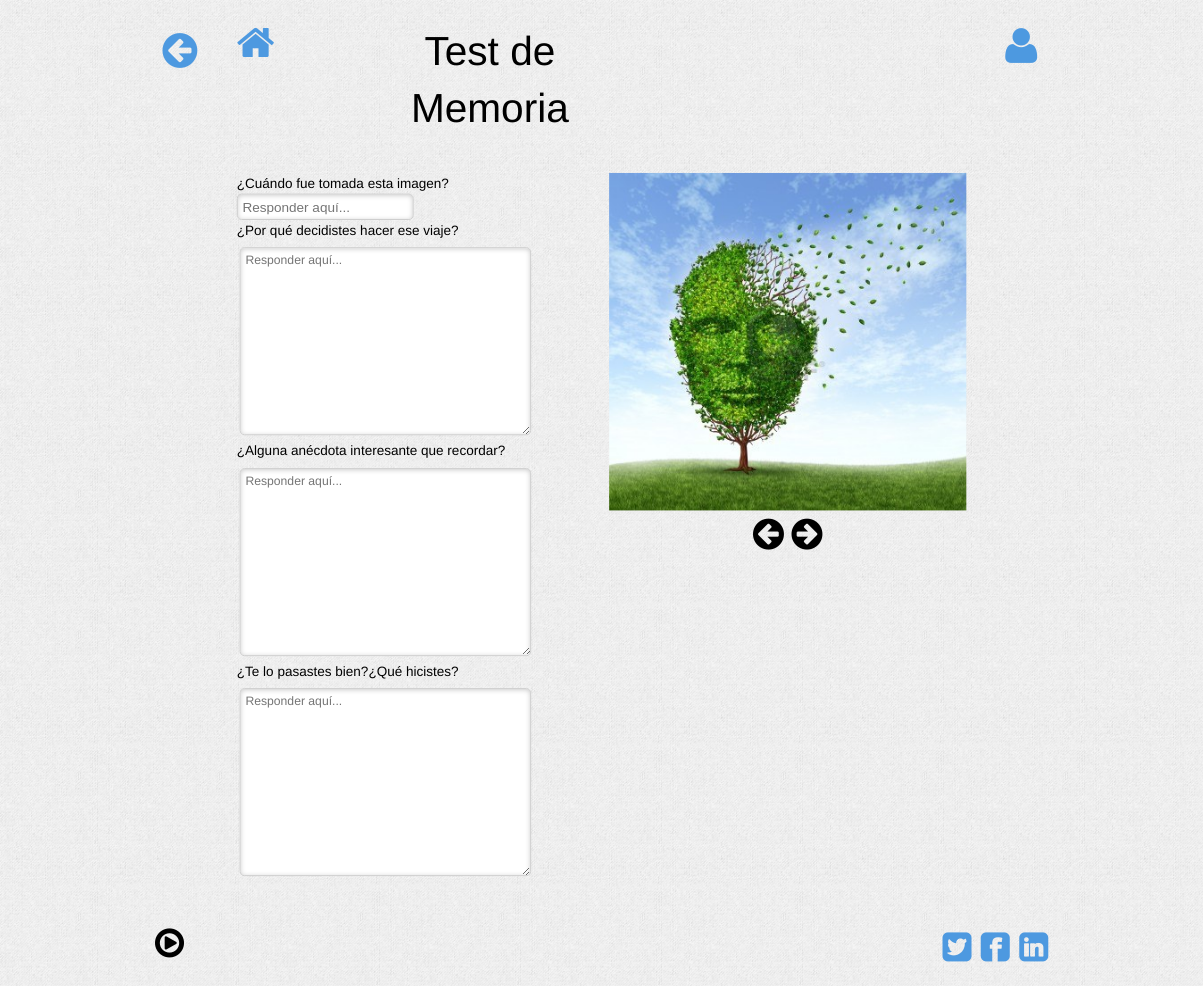
Repository: SCeruso/RememberMe
Page: testmemoria.html
The author's editor kept a record of every edit. The page is drawn from the files as they stood at one moment, then again after the next edit.
The browser window is 1280 px wide. The pictures show the whole page, at 94% of full size.
Some web libraries are served in a nearby version.

Above is the page before.

### testmemoria.html
<!DOCTYPE html>
<html>
<head>
	<!-- META -->
	<title>HTML KickStart Elements</title>
	<meta charset="UTF-8">
	<meta name="viewport" content="width=device-width, initial-scale=1.0"/>
	<meta name="description" content="" />

	<!-- CSS -->
	<link rel="stylesheet" type="text/css" href="css/kickstart.css" media="all" />
	<link rel="stylesheet" type="text/css" href="style.css" media="all" />

	<!-- Javascript -->
	<script type="text/javascript" src="https://ajax.googleapis.com/ajax/libs/jquery/1.9.1/jquery.min.js"></script>
	<script type="text/javascript" src="js/kickstart.js"></script>

</head>
<body>
<div class="grid">
	<div class="col_12">
		<div class="col_1">
        <h2 class="left">
               <a href="tusimagenes.html">
                  <i class="icon-circle-arrow-left"></i>
                </a>
        </h2>
        </div>
        <div class="col_2">
        <h2 class="left">
                <a href="juegosde.html">
                    <i class="icon-home pull-left"></i>
                </a>
        </div>
        </h2>
        <div class="col_3">
        <h2 class="center">
               <p>Test de Memoria</p>
        </h2></div>
        <h2>
        		<a href = "perfil.html">
               <i class="icon-user icon-border pull-right" title="Mi perfil"></i>
		</a>
		</h2>
		<br>
    </div>

	<div class="col_12">
		<div class="col_1"></div>
		<div class="col_5">
		<!-- Placeholder Text -->
		<label for="text2">¿Cuándo fue tomada esta imagen?</label><br>
		<input id="text2" type="text" placeholder="Responder aquí..." />
		<br>
		<!-- Placeholder Text -->
		<label for="text2">¿Por qué decidistes hacer ese viaje?</label><br>
		<textarea id="area" class="col_10" placeholder="Responder aquí..."></textarea>
		<br>
		<!-- Placeholder Text -->
		<label for="text2">¿Alguna an&eacute;cdota interesante que recordar?</label><br>
		<textarea id="textarea1" class="col_10" placeholder="Responder aquí..."></textarea>
		<br>
		<!-- Placeholder Text -->
		<label for="text2">¿Te lo pasastes bien?¿Qu&eacute; hicistes?</label><br>
		<textarea id="textarea1" class="col_10" placeholder="Responder aquí..."></textarea>
		</div>
		<div class="col_5">
		<img class="align-right" src="imagenes/jaja.jpg" title="RememberMe.jpg" alt="No se encuentra la imagen" heigth="850" width="550">

		<h4 class="center">
			<i class="icon-circle-arrow-left icon-large"></i>
			<i class="icon-circle-arrow-right icon-large"></i>
		</h4>
		</div>
	</div>

    <div class="col_12">
    </div>
    <div class="col_12">
        <h3 class="right">
            <a href="http://www.twitter.com" target="blank"><i class="icon-twitter-sign"></i></a>
            <a href="http://www.facebook.com" target="blank"><i class="icon-facebook-sign"></i></a>
            <a href="http://www.linkdin.com" target="blank"><i class="icon-linkedin-sign"></i></a>
	    <i class=" icon-play-circle pull-left"></i>
        </h3>
    </div>
</div> <!-- End Grid -->
</body>
</html>

### style.css
/*
	99Lime.com HTML KickStart by Joshua Gatcke
	style.css

*/

/*---------------------------------
	IMPORTS
-----------------------------------*/
@import url(http://fonts.googleapis.com/css?family=Arimo:400,700);

/*---------------------------------
	OVERRIDES
-----------------------------------*/
h1,h2,h3,h4,h5,h6{
font-family: "Arimo", arial, verdana, sans-serif;
font-weight:normal;
}

thead th,
tbody th{
font-family: "Arimo", arial, verdana, sans-serif;
}

button,
a.btn,
input[type="submit"],
input[type="reset"],
input[type="button"]{
font-family: "Arimo", arial, verdana, sans-serif;
}

.menu{
font-family: "Arimo", arial, verdana, sans-serif;
}

blockquote{
font-family: "Arimo", arial, verdana, sans-serif;
}

/*---------------------------------
	LAYOUT
-----------------------------------*/
body{
margin:0;
padding:0 0 0 0;
color:#000;
/*background-repeat:repeat;*/
background:#efefef url(css/img/gray_jean.png);
/*background-size:cover;*/
/*background-image:url(css/img/gray_jean.png);*/
font:normal 0.9em/150% 'Arimo', arial, verdana, sans-serif;
text-shadow: 0 0 1px transparent; /* google font pixelation fix */
}

#wrap{
width:100%;
background:#fff;
margin:30px auto 30px auto;
padding:0 2%;
border:1px solid #ccc;
}


#footer{
text-align:center;
padding:20px;
margin:0;
border-top:1px solid #ddd;
color:#999;
font-size:0.8em;
text-shadow:0px 1px 1px #fff;
position: relative;
top:0;
left:0;
background:#fff;
}

	#link-top{
	display:none;
	}

/* NAV BAR*/
.navbar{
position:fixed;
top:0;
left:0;
width: 100%;
background:#000;
color:#fff;
z-index:1000;
}

	.navbar #logo{
	position:absolute;
	top:0;
	right:0;
	padding:0.5em 1em;
	font-size: 1.7em;
	color:#efefef;
	text-decoration:none;
	}

	.navbar span{
	color:#86dc00;
	}


	.navbar ul{
	display:inline-block;
	margin:0;
	padding:0;
	}

		.navbar li{
		margin:0;
		padding:0;
		list-style-type:0;
		display:inline-block;
		}

		.navbar li a{
		display:inline-block;
		color:#efefef;
		padding:1em 1.3em;
		text-decoration:none;
		text-transform: uppercase;
		line-height:100%;
		font-size: 1.2em;
		}

.callout{
background:#4598ef;/*#86dc00;*/
padding:3em 0;
color:#fff;
box-shadow:inset 0 0 10px rgba(0,0,0,0.2);
text-align: center;
text-shadow:0px 1px 3px rgba(0,0,0,0.2);
display:block;
}
	.callout + div.grid{margin-top:50px;}
	 a.callout{cursor:pointer;}
	 .callout i.icon-4x{font-size:6em;}
	 .callout h4{margin-bottom:30px;}
	 .callout-top{margin:50px 0 0 0;}
	 .callout p{margin-bottom:0;}
	 .callout .button{margin-top:10px;}
	 .callout.green{background:#19ad0b;/*#86dc00;*/}

#mc_embed_signup{
padding:30px 0;
}

#ui-preview{
border:5px solid #ddd;
margin:30px 0;
display:block;
}

### css/kickstart-forms.css
/*---------------------------------
	FORMS
-----------------------------------*/
form{
padding:0;
margin:0;
}

fieldset{
margin:30px 0 20px 0;
padding:5px 15px 15px 15px;
border:1px solid #ccc;
background:#f5f5f5;
-moz-border-radius:5px;
-webkit-border-radius:5px;
border-radius:5px;
position: relative;
top:0;
left:0;
}

	legend{
	-moz-border-radius:5px;
	-webkit-border-radius:5px;
	border-radius:5px;
	border:1px solid #ccc;
	background:#f5f5f5;
	padding:2px 10px;
	margin:0 0 0 0;
	display:block;
	position: relative;
	top:0;
	left:0;
	}

	/*IE ONLY - I know, this is a stop gap*/
	.msie fieldset{padding-top:25px;}
	.msie legend{position:absolute;top:-0.7em;left:10px;}

label{
display:inline-block;
*display:inline;
vertical-align: middle;
margin:0;
padding:0;
position:relative;
top:0;
left:0;
zoom:1;
-moz-box-sizing: border-box;
-webkit-box-sizing: border-box;
box-sizing: border-box;
}

	label.inline{
	display:inline;
	margin:0;
	}

	label span{
	color:#999;
	font-size:0.9em;
	}

	label span.right{
	position:absolute;
	bottom:0;
	right:0;
	text-align:right;
	display:inline-block;
	*display:inline;
	}

	label.disabled{
	color:#ccc;
	}

input{
display:inline-block;
*display:inline;
vertical-align: middle;
width:auto;
zoom:1;
margin:0;
border:1px solid #ccc;
font-size:1em;
padding:5px 0;
text-indent: 5px;
-moz-border-radius:5px;
-webkit-border-radius:5px;
border-radius:5px;
background:#fff;
-moz-box-shadow:inset 0 0 6px #ccc;
-webkit-box-shadow:inset 0 1px 6px #ccc;
box-shadow:inset 0 1px 6px #ccc;
-moz-box-sizing: border-box;
-webkit-box-sizing: border-box;
box-sizing: border-box;
}

	input::-webkit-input-placeholder,
	input:-moz-placeholder,
	.placeholder{
	color:#bbb;
	}

	input::-moz-focus-inner {border:0;}

	input[disabled="disabled"], input.disabled{
	color:#999;
	background:#f5f5f5;
	-moz-box-shadow:inset 0 0 2px #ddd;
	-webkit-box-shadow:inset 0 1px 2px #ddd;
	box-shadow:inset 0 1px 2px #ddd;
	}

	/* FOCUS STATES */
	input[type="text"]:focus,
	textarea:focus,
	button:focus,
	a.button:focus,
	select:focus,
	input[type="file"]:focus,
	input[type="password"]:focus{
	-webkit-box-shadow: 0 0 7px #6DB9FF;
	-moz-box-shadow   : 0 0 7px #6DB9FF;
	box-shadow        : 0 0 7px #6DB9FF;
	border: 1px solid #50B1FE;
	outline: none;
	}

	/* TRANSITION */
	input[type="text"],
	textarea,
	button,
	a.button,
	a,
	input[type="file"]{
	-moz-transition: -moz-box-shadow 0.5s, border 0.5s, background 0.5s;
	-webkit-transition: -webkit-box-shadow 0.5s, border 0.5s, background 0.5s;
	-o-transition:  box-shadow 0.5s, border 0.5s, background 0.5s;
	transition: box-shadow 0.5s, border 0.5s, background 0.5s;
	}

input.checkbox,
input[type="checkbox"]{
display:inline;
width:auto;
margin:0;
padding:0;
border:0;
background:none;
vertical-align:center;
*vertical-align: top;
}

input.radio,
input[type="radio"]{
display:inline;
width:auto;
margin:0;
padding:0;
border:0;
background:none;
vertical-align:center;
*vertical-align: top;
}

	input[type="radio"]:focus,
	input[ type="checkbox"]:focus{
	-webkit-box-shadow: 0 0 5px #6DB9FF;
	-moz-box-shadow   : 0 0 5px #6DB9FF;
	box-shadow        : 0 0 5px #6DB9FF;
	outline-color: #6DB9FF;
	}

input.file,
input[type="file"]{
/*font-size:0.8em;*/
-moz-box-shadow:none;
-webkit-box-shadow:none;
box-shadow:none;
border:none;
}

select{
display:inline;
width:auto;
margin:0;
border:1px solid #ccc;
line-height:100%;
padding:3px;
vertical-align: middle;
}

        select[disabled="disabled"], select.disabled{
        color:#999;
        background:#f5f5f5;
        -moz-box-shadow:inset 0 0 2px #ddd;
        -webkit-box-shadow:inset 0 1px 2px #ddd;
        box-shadow:inset 0 1px 2px #ddd;
        }

textarea{
width:auto;
height:200px;
margin:0;
border:1px solid #ccc;
padding:5px;
vertical-align: middle;
font-family:inherit;
font-size:0.9em;
-moz-border-radius:5px;
-webkit-border-radius:5px;
border-radius:5px;
-moz-box-shadow:inset 0 0 6px #ccc;
-webkit-box-shadow:inset 0 1px 6px #ccc;
box-shadow:inset 0 1px 6px #ccc;
-moz-box-sizing: border-box;
-webkit-box-sizing: border-box;
box-sizing: border-box;
}

/*---------------------------------
	COLUMN SIZES
-----------------------------------*/

/* sizes */
input[class*="col_"],
select[class*="col_"],
label[class*="col_"]{
float:none;display:inline-block;*display:inline;margin-bottom:0;
*margin-left: 0.5%;*margin-right: 0.5%;/* this is for IE 7 Only and is not a good fix - work needed here */
}

/*---------------------------------
	FORMS VERTICAL
-----------------------------------*/
form.vertical{

}

	form.vertical label{display:block;}
	form.vertical input,
	form.vertical select,
	form.vertical textarea{width:100%;display:block;margin-bottom:10px;}
	form.vertical .chzn-container{display:block;margin-bottom:10px;}
	form.vertical .chzn-choices{display:block;margin-bottom:10px;}

	/* radios & checks */
	form.vertical input.checkbox,
	form.vertical input[type="checkbox"],
	form.vertical input.radio,
	form.vertical input[type="radio"],
	form.vertical label.inline{display:inline;width:auto;margin:0;}
/*---------------------------------
	FORM VALIDATION
-----------------------------------*/
label.error{color:red;}
input.error{border:1px solid red;}
select.error{border:1px solid red;}

/*---------------------------------
	NOTICES
-----------------------------------*/
.notice{
border:1px solid gold;
background:lightyellow;
padding:10px 20px 10px 40px;
margin:10px 0;
-moz-border-radius:5px;
-webkit-border-radius:5px;
border-radius:5px;
color:#DEAE00;
line-height:120%;
vertical-align: center;
text-shadow:0px 1px rgba(255,255,255,0.5);
position:relative;
top:0;
left:0;
clear:both;
}

	.notice.warning{}/*default*/
	.notice.error{border:1px solid red;background:pink;color:red;}
	.notice.success{border:1px solid green;background:lightgreen;color:green;}
	.notice i[class^='icon-']{position:absolute;top:50%;left:0.8em;margin-top:-0.6em;}
	.notice a[class^='icon-remove'],
	.notice a[class^='icon-remove']:active,
	.notice a[class^='icon-remove']:visited{font-size:12px;position:absolute;top:5px;right:5px;left:auto;color:inherit;margin-top:0;left:auto;}

### css/kickstart-grid.css
/*
	99Lime.com HTML KickStart by Joshua Gatcke
	kickstart-grids.css

	DO NOT EDIT THIS FILE unless you know what you are doing.
*/
/*---------------------------------
	GRID/COLUMNS
-----------------------------------
	tinyfluidgrid.com
	& girlfriendnyc.com
	with changes by 99Lime
-----------------------------------*/
 /*
 & Columns : 12
 & Gutter %: 20%
 & MaxWidth: 1280px
 */

.grid{
max-width:1220px;
margin:0 auto;
padding:0 2em;
}

.grid.flex{
width:100%;
max-width:100%;
padding:0 2%;
padding:2em;
}

.row{
display:block;
overflow:hidden;
clear:both;
}

*[class*="col_"].alpha{margin-left:0;}
*[class*="col_"].omega{margin-right:0;}

.col_1  { width: 6.6666666666667%; }
.col_2  { width: 15%; }
.col_3  { width: 23.333333333333%; }
.col_4  { width: 31.666666666667%; }
.col_5  { width: 40%; }
.col_6  { width: 48.333333333333%; }
.col_7  { width: 56.666666666667%; }
.col_8  { width: 65%; }
.col_9  { width: 73.333333333333%; }
.col_10 { width: 81.666666666667%; }
.col_11 { width: 90%; }
.col_12 { width: 98.333333333333%; }

*[class*="col_"]{
margin-left: 0.83333333333333%;
margin-right: 0.83333333333333%;
margin-top:0.5em;
margin-bottom:0.5em;
float: left;
display: block;
}

.grid img{
max-width: 100%;
height:auto;
}

.clear{clear:both;display:block;overflow:hidden;visibility:hidden;width:0;height:0}
.clearfix:after{clear:both;content:' ';display:block;font-size:0;line-height:0;visibility:hidden;width:0;height:0}
* html .clearfix, *:first-child+html .clearfix{zoom:1}

/* Viewable Grids
	To view your grids, add the class .visible to any grid container.
	This will add a background color so you can see the layout of your grids.
*/
*[class*="col_"].visible{
background:#eee;
border:1px dotted #ccc;
}


/*---------------------------------
	Responsive Grid Media Queries - 1280, 1024, 768, 480
	1280-1024 	- desktop (default grid)
	1024-768 	- tablet landscape
	768-480 	- tablet
	480-less 	- phone landscape & smaller
-----------------------------------*/
@media all and (min-width: 1024px) and (max-width: 1280px) {

	.grid *[class*="col_"]{}
	.grid{max-width: 1024px;}
	.show-desktop	{display:block;}
	.hide-desktop	{display:none;}
	.show-tablet	{display:none;}
	.hide-tablet	{display:block;}
	.show-phone		{display:none;}
	.hide-phone		{display:block;}

}

@media all and (min-width: 768px) and (max-width: 1024px) {

	.grid *[class*="col_"]{}
	.grid{max-width: 768px;}
	.show-desktop	{display:none;}
	.hide-desktop	{display:block;}
	.show-tablet	{display:block;}
	.hide-tablet	{display:none;}
	.show-phone		{display:none;}
	.hide-phone		{display:block;}

}


@media all and (min-width: 480px) and (max-width: 768px) {

	.grid *[class*="col_"]{
	float:none;
	width:auto;
	clear:both;
	display:block;
	}

	/* columns inside of columns */
	.grid *[class*="col_"] [class*="col_"]{
	margin-left:0;
	margin-right:0;
	width:100%;
	}

	.grid{max-width: 480px;}
	.show-desktop	{display:none;}
	.hide-desktop	{display:block;}
	.show-tablet	{display:block;}
	.hide-tablet	{display:none;}
	.show-phone		{display:none;}
	.hide-phone		{display:block;}

}

@media all and (max-width: 480px) {

	.grid *[class*="col_"]{
	float:none;
	width:auto;
	clear:both;
	display:block;
	}

	/* columns inside of columns */
	.grid *[class*="col_"] [class*="col_"]{
	margin-left:0;
	margin-right:0;
	width:100%;
	}

	.grid{max-width: 100%;/*320*/}
	.show-desktop	{display:none;}
	.hide-desktop	{display:block;}
	.show-tablet	{display:none;}
	.hide-tablet	{display:block;}
	.show-phone		{display:block;}
	.hide-phone		{display:none;}

}

### css/kickstart-slideshow.css
/*---------------------------------
	SLIDESHOW2 - Slight Fixes for the slideshow layout *needs work
-----------------------------------*/

	.slideshow{
	clear:both;
	margin:0;
	padding:0;
	width:auto;
	height:auto;
	overflow:hidden;
	}

		.slideshow li{
		list-style-type:none;
		margin:0;
		padding:0;
		float:left;
		display:block;
		}

/**
 * BxSlider v4.0 - Fully loaded, responsive content slider
 * http://bxslider.com
 *
 * Written by: Steven Wanderski, 2012
 * http://stevenwanderski.com
 * (while drinking Belgian ales and listening to jazz)
 *
 * CEO and founder of bxCreative, LTD
 * http://bxcreative.com
 */


/** RESET AND LAYOUT
===================================*/
.bx-wrapper, .bx-wrapper *{
	-webkit-box-sizing: content-box; /* Safari/Chrome, other WebKit */
  	-moz-box-sizing: content-box;    /* Firefox, other Gecko */
  	box-sizing: content-box;         /* Opera/IE 8+ */
}

.bx-wrapper {
	position: relative;
	margin: 0 0 60px;
	padding: 0;
	*zoom: 1;
}

.bx-wrapper img {
	width: 100%;
	display: block;
}

/** THEME
===================================*/

.bx-wrapper .bx-viewport {
	-moz-box-shadow: 0 0 5px #ccc;
	-webkit-box-shadow: 0 0 5px #ccc;
	box-shadow: 0 0 5px #ccc;
	border: solid #fff 5px;
	left: 0;
	background: #fff;
}

.bx-wrapper .bx-pager,
.bx-wrapper .bx-controls-auto {
	position: absolute;
	bottom: -30px;
	width: 100%;
}

/* LOADER */

.bx-wrapper .bx-loading {
	min-height: 50px;
	background: url(img/bx_loader.gif) center center no-repeat #fff;
	height: 100%;
	width: 100%;
	position: absolute;
	top: 0;
	left: 0;
	z-index: 2000;
}

/* PAGER */

.bx-wrapper .bx-pager {
	text-align: center;
	font-size: .85em;
	font-family: Arial;
	font-weight: bold;
	color: #666;
	padding-top: 20px;
}

.bx-wrapper .bx-pager .bx-pager-item,
.bx-wrapper .bx-controls-auto .bx-controls-auto-item {
	display: inline-block;
	*zoom: 1;
	*display: inline;
}

.bx-wrapper .bx-pager.bx-default-pager a {
	background: #666;
	text-indent: -9999px;
	display: block;
	width: 10px;
	height: 10px;
	margin: 0 5px;
	outline: 0;
	-moz-border-radius: 5px;
	-webkit-border-radius: 5px;
	border-radius: 5px;
}

.bx-wrapper .bx-pager.bx-default-pager a:hover,
.bx-wrapper .bx-pager.bx-default-pager a.active {
	background: #000;
}

/* DIRECTION CONTROLS (NEXT / PREV) */

.bx-wrapper .bx-prev {
	left: 10px;
	background: url(img/controls.png) no-repeat 0 -32px;
}

.bx-wrapper .bx-next {
	right: 10px;
	background: url(img/controls.png) no-repeat -43px -32px;
}

.bx-wrapper .bx-prev:hover {
	background-position: 0 0;
}

.bx-wrapper .bx-next:hover {
	background-position: -43px 0;
}

.bx-wrapper .bx-controls-direction a {
	position: absolute;
	top: 50%;
	margin-top: -16px;
	outline: 0;
	width: 32px;
	height: 32px;
	text-indent: -9999px;
	z-index: 9999;
}

.bx-wrapper .bx-controls-direction a.disabled {
	display: none;
}

/* AUTO CONTROLS (START / STOP) */

.bx-wrapper .bx-controls-auto {
	text-align: center;
}

.bx-wrapper .bx-controls-auto .bx-start {
	display: block;
	text-indent: -9999px;
	width: 10px;
	height: 11px;
	outline: 0;
	background: url(img/controls.png) -86px -11px no-repeat;
	margin: 0 3px;
}

.bx-wrapper .bx-controls-auto .bx-start:hover,
.bx-wrapper .bx-controls-auto .bx-start.active {
	background-position: -86px 0;
}

.bx-wrapper .bx-controls-auto .bx-stop {
	display: block;
	text-indent: -9999px;
	width: 9px;
	height: 11px;
	outline: 0;
	background: url(img/controls.png) -86px -44px no-repeat;
	margin: 0 3px;
}

.bx-wrapper .bx-controls-auto .bx-stop:hover,
.bx-wrapper .bx-controls-auto .bx-stop.active {
	background-position: -86px -33px;
}

/* PAGER WITH AUTO-CONTROLS HYBRID LAYOUT */

.bx-wrapper .bx-controls.bx-has-controls-auto.bx-has-pager .bx-pager {
	text-align: left;
	width: 80%;
}

.bx-wrapper .bx-controls.bx-has-controls-auto.bx-has-pager .bx-controls-auto {
	right: 0;
	width: 35px;
}

/* IMAGE CAPTIONS */

.bx-wrapper .bx-caption {
	position: absolute;
	bottom: 0;
	left: 0;
	background: #666\9;
	background: rgba(80, 80, 80, 0.75);
	width: 100%;
}

.bx-wrapper .bx-caption span {
	color: #fff;
	font-family: Arial;
	display: block;
	font-size: .85em;
	padding: 10px;
}

### css/tiptip.css
/*
	TipTip CSS - Version 1.2
	http://code.drewwilson.com/entry/tiptip-jquery-plugin
*/

#tiptip_holder { display: none; position: absolute; top: 0; left: 0; z-index: 99999; }
#tiptip_holder.tip_top { padding-bottom: 5px; }
#tiptip_holder.tip_bottom { padding-top: 5px; }
#tiptip_holder.tip_right { padding-left: 5px; }
#tiptip_holder.tip_left { padding-right: 5px; }

#tiptip_content {
font-size: 11px;
color: #fff;
text-shadow: 0 0 2px #000;
padding: 4px 8px;
border: 1px solid rgba(255,255,255,0.25);
background:#212121;
background-color: rgba(25,25,25,0.92);
background-image: -webkit-gradient(linear, 0% 0%, 0% 100%, from(transparent), to(#000));
-webkit-border-radius: 3px;
-moz-border-radius: 3px;
border-radius: 3px;
-webkit-box-shadow: 0 0 3px #555;
-moz-box-shadow: 0 0 3px #555;
box-shadow: 0 0 3px #555;
*background:#212121;
}

#tiptip_arrow, #tiptip_arrow_inner {
position: absolute;
border-color: transparent;
border-style: solid;
border-width: 6px;
height: 0;
width: 0;
}

#tiptip_holder.tip_top #tiptip_arrow {
border-top-color: #fff;
border-top-color: rgba(255,255,255,0.35);
}

#tiptip_holder.tip_bottom #tiptip_arrow {
border-bottom-color: #fff;
border-bottom-color: rgba(255,255,255,0.35);
}

#tiptip_holder.tip_right #tiptip_arrow {
border-right-color: #fff;
border-right-color: rgba(255,255,255,0.35);
}

#tiptip_holder.tip_left #tiptip_arrow {
border-left-color: #fff;
border-left-color: rgba(255,255,255,0.35);
}

#tiptip_holder.tip_top #tiptip_arrow_inner {
margin-top: -7px;
margin-left: -6px;
border-top-color: rgb(25,25,25);
border-top-color: rgba(25,25,25,0.92);
}

#tiptip_holder.tip_bottom #tiptip_arrow_inner {
margin-top: -5px;
margin-left: -6px;
border-bottom-color: rgb(25,25,25);
border-bottom-color: rgba(25,25,25,0.92);
}

#tiptip_holder.tip_right #tiptip_arrow_inner {
margin-top: -6px;
margin-left: -5px;
border-right-color: rgb(25,25,25);
border-right-color: rgba(25,25,25,0.92);
}

#tiptip_holder.tip_left #tiptip_arrow_inner {
margin-top: -6px;
margin-left: -7px;
border-left-color: rgb(25,25,25);
border-left-color: rgba(25,25,25,0.92);
}

/* Webkit Hacks  */
@media screen and (-webkit-min-device-pixel-ratio:0) {
	#tiptip_content {
		padding: 4px 8px 5px 8px;
		background-color: rgba(45,45,45,0.88);
	}
	#tiptip_holder.tip_bottom #tiptip_arrow_inner {
		border-bottom-color: rgba(45,45,45,0.88);
	}
	#tiptip_holder.tip_top #tiptip_arrow_inner {
		border-top-color: rgba(20,20,20,0.92);
	}
}

Loaded but not shown: css/jquery.fancybox-1.3.4.css (library); css/prettify.css (common file); css/fonts/fontawesome/css/font-awesome.min.css (library); js/kickstart.js (424 lines, source omitted); css/kickstart-buttons.css (369 lines, source omitted); css/kickstart.css (508 lines, source omitted); css/kickstart-menus.css (180 lines, source omitted)

After the next edit:
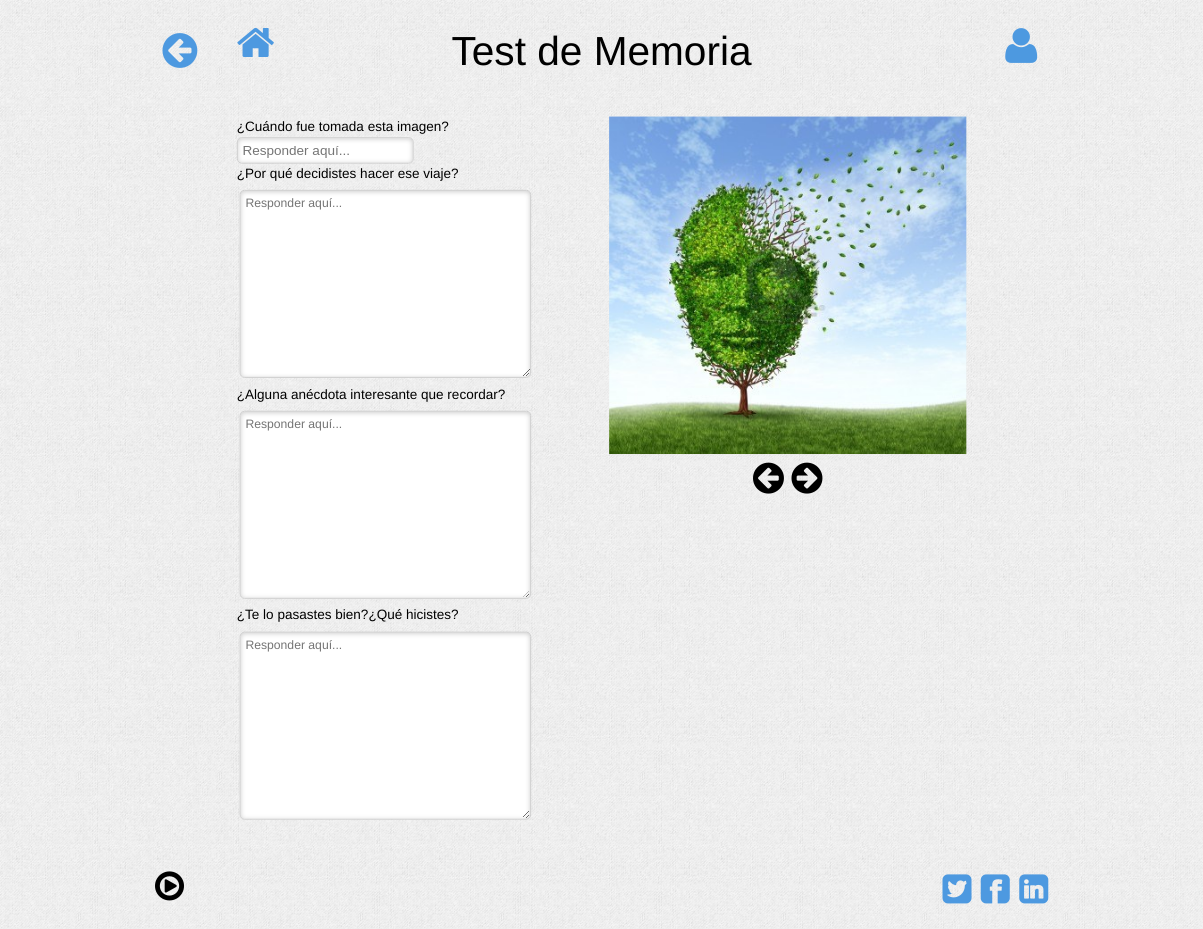
The edit:
--- a/testmemoria.html
+++ b/testmemoria.html
@@ -33,7 +33,7 @@
                 </a>
         </div>
         </h2>
-        <div class="col_3">
+        <div class="col_6">
         <h2 class="center">
                <p>Test de Memoria</p>
         </h2></div>
